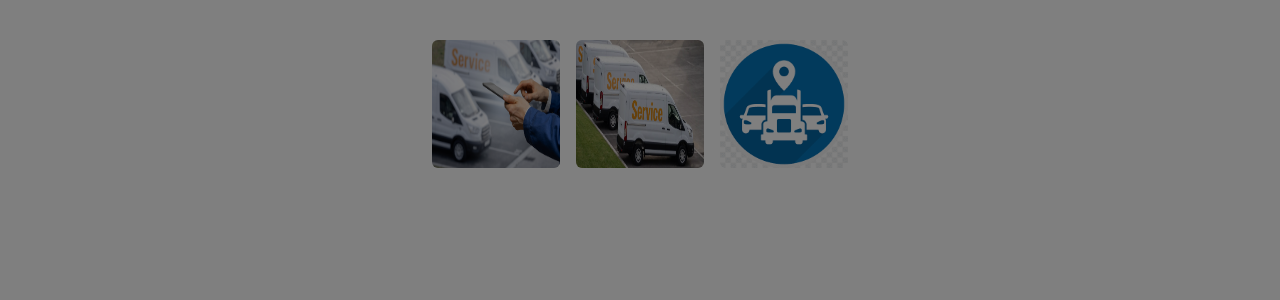
Repository: adityadhimaann/fleettrack
Page: images.html
The author's editor kept a copy of each file at every save. The page is drawn from the files as they stood at one save, then again after the next save.
The browser window is 1280 px wide. The pictures show the whole page.
Some web libraries are served in a nearby version.

Above is the page before, as saved 2025-04-09 12:25:16.

After the next save:
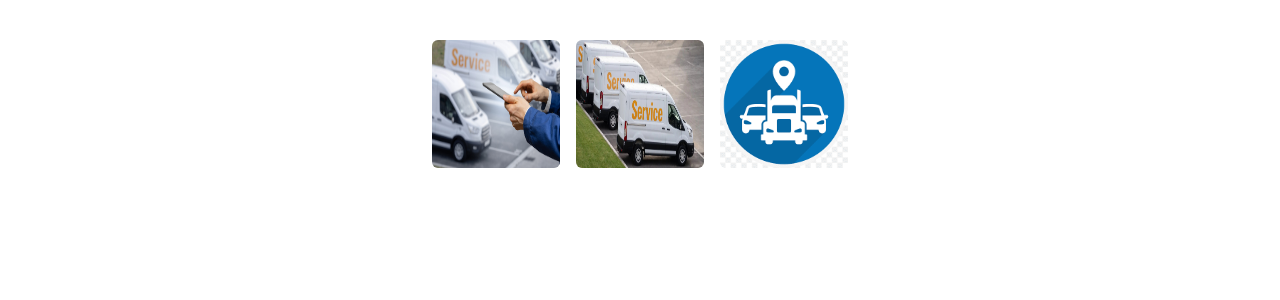
Saved 4 s later.
--- a/images.html
+++ b/images.html
@@ -17,7 +17,7 @@
         <img src="/images/fleet2.jpeg" alt="" class="w-32 h-32 rounded-md cursor-pointer hover:scale-105 transition" onclick="addimage(1)">
         <img src="/images/fleet3.png" alt="" class="w-32 h-32 rounded-md cursor-pointer hover:scale-105 transition" onclick="addimage(2)">
      </div>
-     <div class="fixed inset-0 flex items-center justify-center bg-black/50 ">
+     <div class="fixed inset-0 flex items-center justify-center bg-black/50 hidden">
 
      </div>
 </body>
